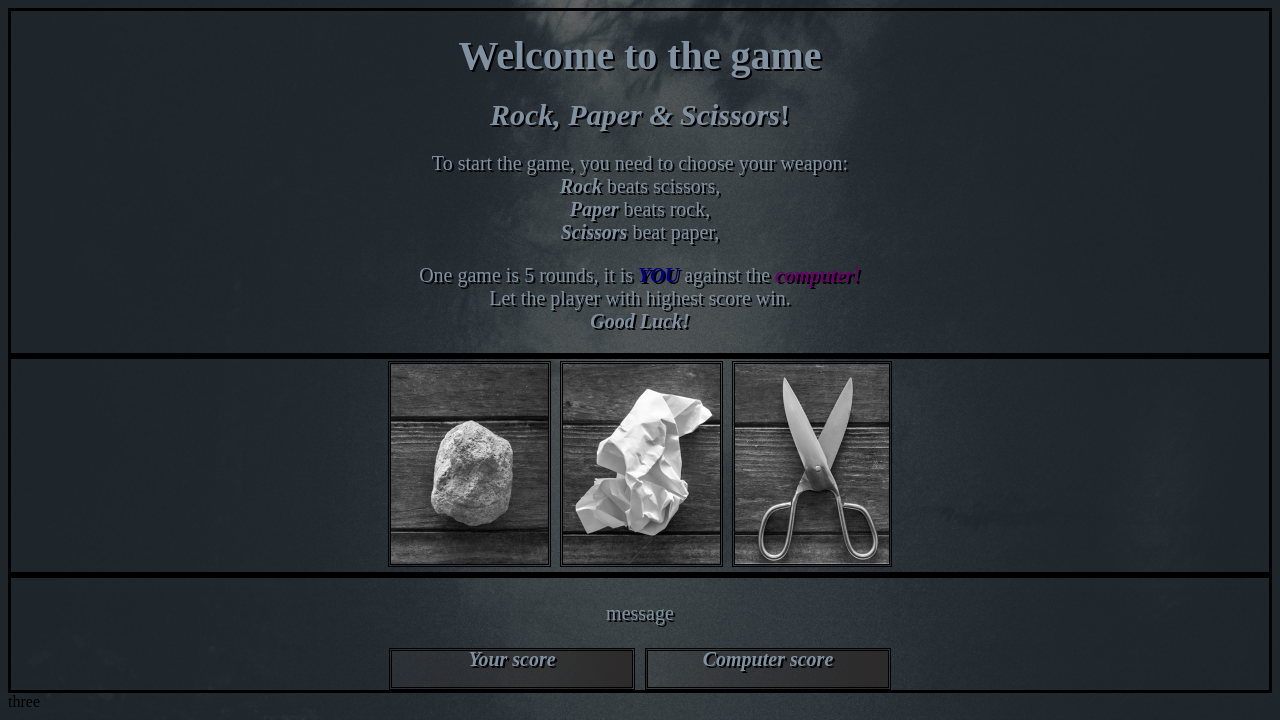
Repository: agneta1991/rock-paper-scissors
Page: Desktop/coding/index.html
These files come from the project's save history. The page is drawn as it stood at one moment and after the next save; the edit follows.
The browser window is 1280 px wide. The pictures show the whole page.

Above is the page before, as saved 2023-03-03 07:09:18.

After the next save:
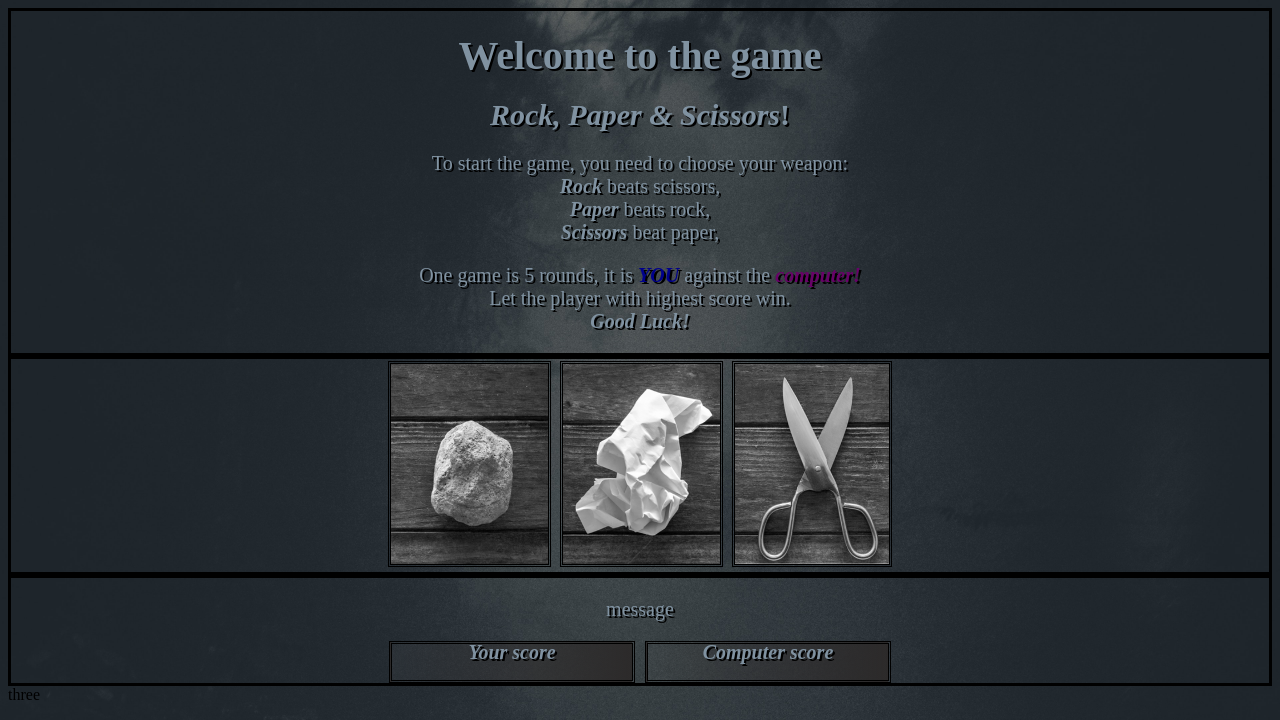
Saved 36 s later.
--- a/Desktop/coding/styles.css
+++ b/Desktop/coding/styles.css
@@ -73,7 +73,7 @@ img:hover {
 }
 
 .displayed{
-    line-height: 70px;
+    padding: 20px;
     display: flex;
     justify-content: center;
     text-align: center;
